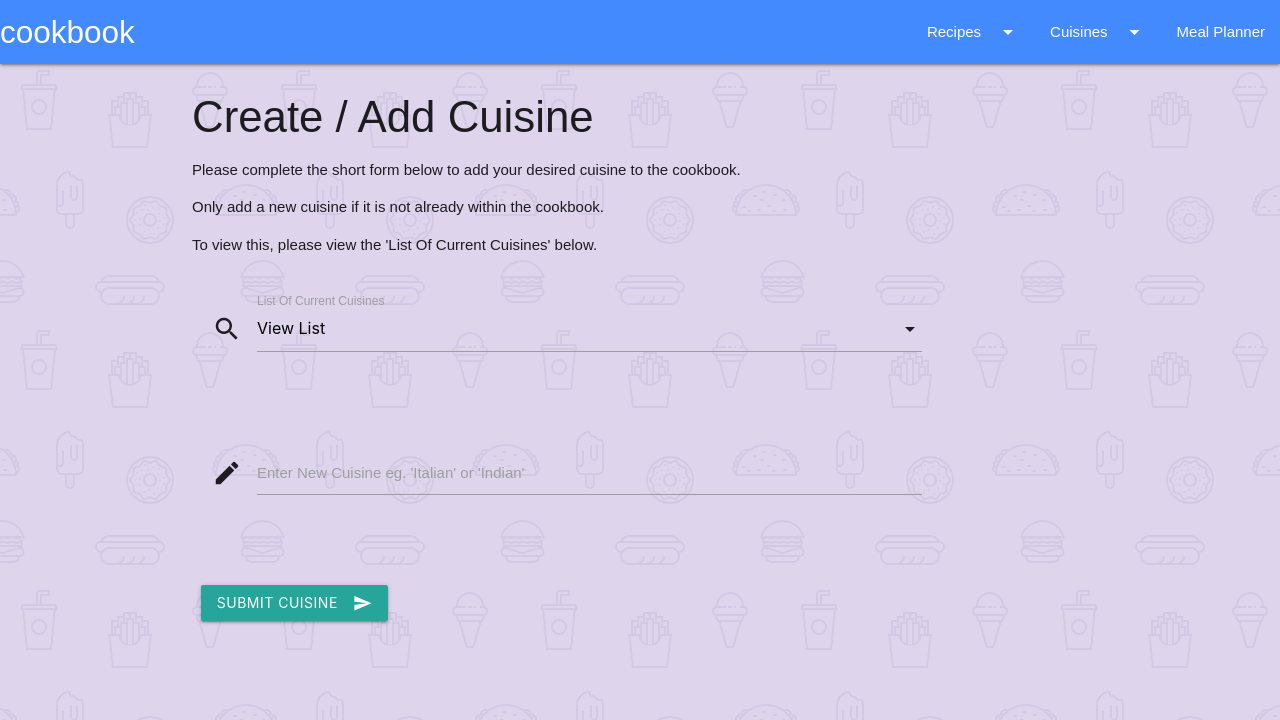
Repository: connor-blackburn/gutsy
Page: http://localhost/add_cuisine
The author's editor kept a record of every edit. The page is drawn from the files as they stood at one moment, then again after the next edit.
The browser window is 1280 px wide. The pictures show the whole page.
The page is served by the project's application, run on Flask 3 (app.py). Queries for data that is not in the repository find no rows.

Above is the page before.

### templates/addcuisine.html
{% extends 'base.html' %} {% block content %}

<div class="description container">
    <h3>Create / Add Cuisine</h3>
    <p>Please complete the short form below to add your desired cuisine to the cookbook.</p>
    <p>Only add a new cuisine if it is not already within the cookbook.</p>
    <p>To view this, please view the 'List Of Current Cuisines' below.</p>
</div>

<form action="{{ url_for('insert_cuisine') }}" method="POST" class="col s12 container">
    <div class="row">
        <div class="input-field col s10">
            <i class="material-icons prefix">search</i>
            <select id="cuisines" name="cuisine_name">
                <option value="" disabled selected>View List</option>
                {% for cuisine in cuisines %}
                    <option value="{{cuisine.cuisine_name}}">{{cuisine.cuisine_name}}</option>
                {% endfor %}
            </select>
            <label>List Of Current Cuisines</label>
        </div>
    </div>

    <div class="row">
        <div class="input-field col s10">
            <i class="material-icons prefix">mode_edit</i>
            <textarea name="cuisine_name" id="cuisine_name" class="materialize-textarea" required></textarea>
            <label for="icon_prefix2">Enter New Cuisine eg. 'Italian' or 'Indian'</label>
        </div>
    </div>

    <div class="row">
        <button class="btn waves-effect waves-light" type="submit" name="action">Submit Cuisine
            <i class="material-icons right">send</i>
        </button>
    </div>
</form>
{% endblock %}

### templates/base.html
<!DOCTYPE html>
<html>

<head>
    <link href="https://fonts.googleapis.com/icon?family=Material+Icons" rel="stylesheet">
    <link rel="stylesheet" href="https://cdnjs.cloudflare.com/ajax/libs/materialize/1.0.0/css/materialize.min.css">
    <link href="https://fonts.googleapis.com/css?family=Ubuntu&display=swap" rel="stylesheet">
    <link rel="stylesheet" href="{{ url_for('static', filename='css/style.css') }}" type="text/css" />
</head>

<body>
    <header>
        <ul id="dropdown1" class="dropdown-content">
            <li><a href="#!">View Recipes</a></li>
            <li class="divider"></li>
            <li><a href="#!">Create Recipes</a></li>
            <li class="divider"></li>
            <li><a href="#!">Edit Recipes</a></li>
        </ul>
        <ul id="dropdown2" class="dropdown-content">
            <li><a href="#!">View Cuisines</a></li>
            <li class="divider"></li>
            <li><a href="{{url_for('add_cuisine')}}">Create Cuisines</a></li>
            <li class="divider"></li>
            <li><a href="#!">Edit Cuisines</a></li>
        </ul>
        <ul id="dropdown3" class="dropdown-content">
            <li><a href="#!">View Recipes</a></li>
            <li class="divider"></li>
            <li><a href="#!">Create Recipes</a></li>
            <li class="divider"></li>
            <li><a href="#!">Edit Recipes</a></li>
        </ul>
        <ul id="dropdown4" class="dropdown-content">
            <li><a href="#!">View Cuisines</a></li>
            <li class="divider"></li>
            <li><a href="#!">Create Cuisines</a></li>
            <li class="divider"></li>
            <li><a href="#!">Edit Cuisines</a></li>
        </ul>
        <nav>
            <div class="nav-wrapper blue accent-2">
                <a href="#!" class="brand-logo">cookbook</a>
                <a href="#" data-target="mobile-demo" class="sidenav-trigger"><i class="material-icons">menu</i></a>
                <ul class="right hide-on-med-and-down">
                    <li><a class="dropdown-trigger" href="#!" data-target="dropdown1">Recipes<i class="material-icons right">arrow_drop_down</i></a></li>
                    <li><a class="dropdown-trigger" href="#!" data-target="dropdown2">Cuisines<i class="material-icons right">arrow_drop_down</i></a></li>
                    <li><a href="collapsible.html">Meal Planner</a></li>
                </ul>
            </div>
        </nav>

        <ul class="sidenav" id="mobile-demo">
            <li><a class="dropdown-trigger" href="#!" data-target="dropdown3">Recipes<i class="material-icons right">arrow_drop_down</i></a></li>
            <li><a class="dropdown-trigger" href="#!" data-target="dropdown4">Cuisines<i class="material-icons right">arrow_drop_down</i></a></li>
            <li><a href="collapsible.html">Meal Planner</a></li>
        </ul>
    </header>
    {% block content %} {% endblock %}

    <script type="text/javascript" src="https://cdnjs.cloudflare.com/ajax/libs/jquery/3.4.1/jquery.min.js"></script>
    <script src="https://cdnjs.cloudflare.com/ajax/libs/materialize/1.0.0/js/materialize.min.js"></script>
    <script type="text/javascript">
        $(document).ready(function() {
            $('.dropdown-trigger').dropdown();
            $('.collapsible').collapsible();
            $('.sidenav').sidenav();
            $('select').formSelect();
        });
    </script>


</body>

</html>

### app.py
import os
from flask import Flask, render_template, redirect, request, url_for
from flask_pymongo import PyMongo
from bson.objectid import ObjectId

app = Flask(__name__)

app.config["MONGO_DBNAME"] = 'cookbook'
app.config["MONGO_URI"] = os.environ.get('MONGO_URI')

mongo = PyMongo(app)

@app.route('/')
@app.route('/get_recipes')
def hello():
    return render_template('recipes.html', recipes=mongo.db.recipes.find())

@app.route('/add_cuisine')
def add_cuisine():
    return render_template('addcuisine.html',
    cuisines=mongo.db.cuisines.find())

@app.route('/insert_cuisine', methods=['POST'])
def insert_cuisine():
    cuisines = mongo.db.cuisines
    cuisines.insert_one(request.form.to_dict())
    return redirect(url_for('add_cuisine'))

if __name__ == '__main__':
    app.run(host=os.environ.get('IP'),
        port=int(os.environ.get('PORT')),
        debug=True)

Loaded but not shown: static/css/style.css (library)

After the next edit:
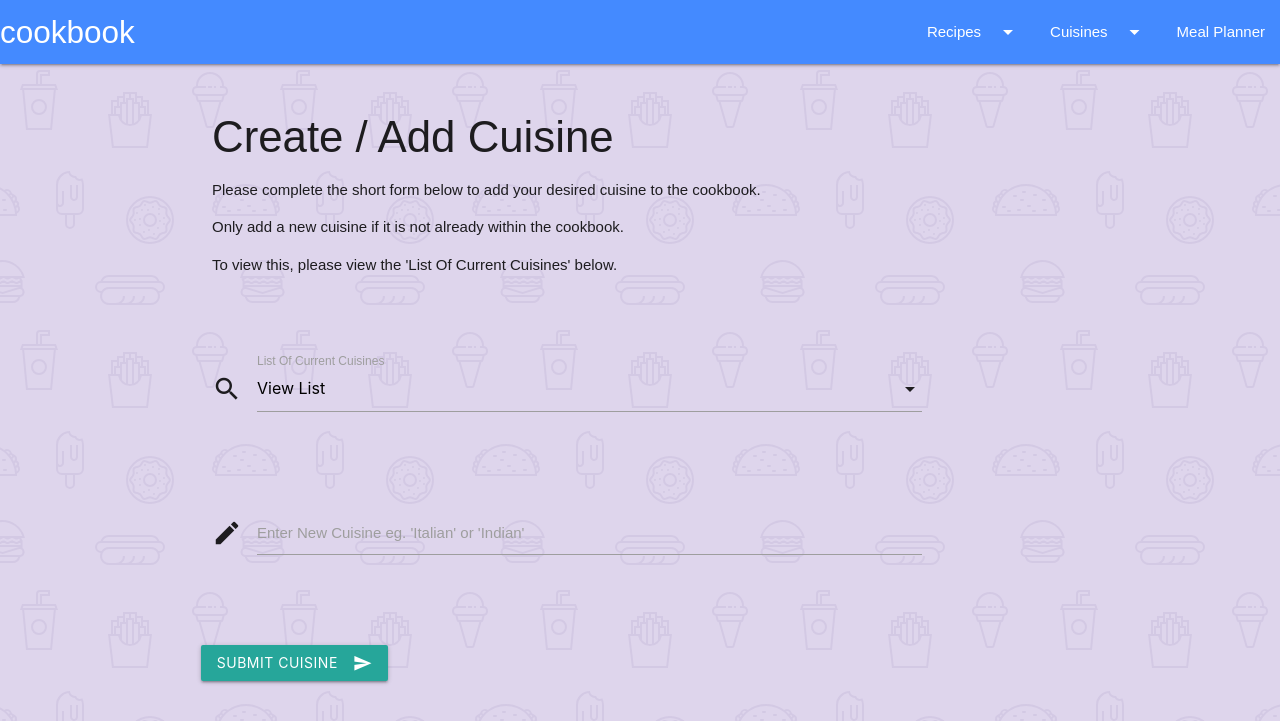
The edit:
--- a/templates/addcuisine.html
+++ b/templates/addcuisine.html
@@ -1,6 +1,6 @@
 {% extends 'base.html' %} {% block content %}
 
-<div class="description container">
+<div class="row description container">
     <h3>Create / Add Cuisine</h3>
     <p>Please complete the short form below to add your desired cuisine to the cookbook.</p>
     <p>Only add a new cuisine if it is not already within the cookbook.</p>
